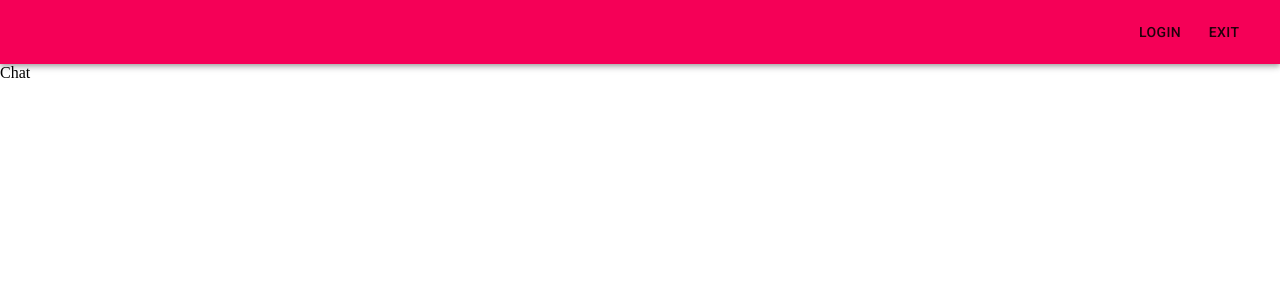
Repository: ezotop/react_firebase_chat
Page: /
An editor plug-in stored every save of this project. The page is shown before and after the next save, followed by the edit.
The browser window is 1280 px wide. The pictures show the whole page.
The project was rebuilt for these pictures with package versions that can differ from the ones it lists, and the page was loaded fresh each time. Also part of the build but not shown: src/component/Login.js.

Above is the page before, as saved 2021-06-16 16:28:54.

### public/index.html
<!DOCTYPE html>
<html lang="en">
  <head>
    <meta charset="utf-8" />
    <meta name="viewport" content="width=device-width, initial-scale=1" />
    <title>React Firebase App</title>
    <link rel="stylesheet" href="https://fonts.googleapis.com/css?family=Roboto:300,400,500,700&display=swap" />
  </head>
  <body>
    <noscript>You need to enable JavaScript to run this app.</noscript>
    <div id="root"></div>
  </body>
</html>

### src/App.js
import { BrowserRouter as Router } from 'react-router-dom';
import Navbar from './component/Navbar';
import AppRouter from './component/AppRouter';
import './App.css';

function App() {
    return (
        <Router>
            <Navbar />
            <AppRouter />
        </Router>
    );
}

export default App;

### src/component/Navbar.js
import React from 'react';
import { AppBar, Button, Grid, Toolbar } from '@material-ui/core';

const Navbar = () => {
    return (
        <AppBar color={'secondary'} position="static">
            <Toolbar>
                <Grid container justify={'flex-end'}>
                    <Button outlined>Login</Button>
                    <Button outlined>Exit</Button>
                </Grid>
            </Toolbar>
        </AppBar>
    );
};

export default Navbar;

### src/component/AppRouter.js
import React from 'react';
import { Route, Switch, Redirect } from 'react-router';
import { privateRoutes, publicRoutes } from '../routes';
import { CHAT_ROUTE, LOGIN_ROUTE } from '../utils/consts';

const AppRouter = () => {
    const user = true
    return user ?
        (
            <Switch>
                {privateRoutes.map(({path, component}) => <Route path={path} component={component} exact />)}
                <Redirect to={CHAT_ROUTE} /> {/* В случае какого-то непонятного роута перекинет на страницу чата, если юзер авторизован */}
            </Switch>
        )
        :
        (
            <Switch>
                {publicRoutes.map(({path, component}) => <Route path={path} component={component} exact />)}
                <Redirect to={LOGIN_ROUTE} /> {/* В случае какого-то непонятного роута перекинет на страницу логина, если юзер не авторизован */}
            </Switch>
        )
};

export default AppRouter;

### src/routes.js
import Chat from "./component/Chat";
import Login from "./component/Login";
import { LOGIN_ROUTE } from "./utils/consts";

export const publicRoutes = [
    {
        path: LOGIN_ROUTE,
        component: Login
    }
]

export const privateRoutes = [ // Приватные роуты, доступны только авторизированным пользователям
    {
        path: '/chat',
        component: Chat
    }
]

### src/component/Chat.js
import React from 'react';

const Chat = () => {
    return (
        <div>
            Chat
        </div>
    );
};

export default Chat;

Loaded but not shown: src/index.js (common file); src/App.css (common file); src/utils/consts.js (common file)

After the next save:
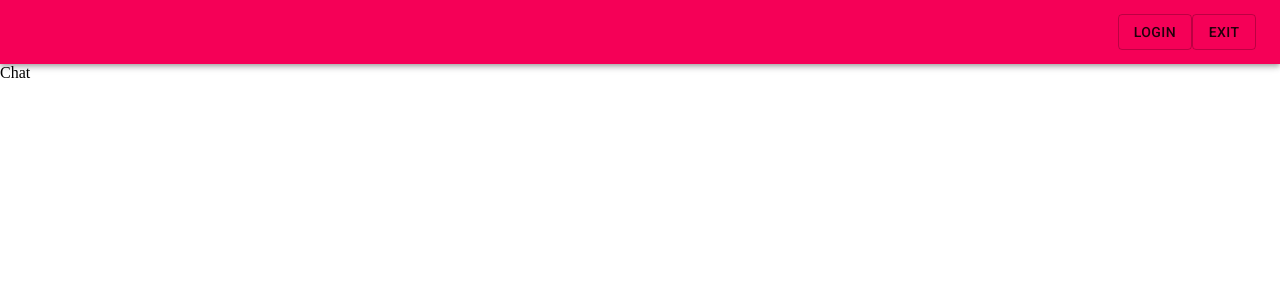
Saved 25 s later.
--- a/src/component/Navbar.js
+++ b/src/component/Navbar.js
@@ -6,8 +6,8 @@ const Navbar = () => {
         <AppBar color={'secondary'} position="static">
             <Toolbar>
                 <Grid container justify={'flex-end'}>
-                    <Button outlined>Login</Button>
-                    <Button outlined>Exit</Button>
+                    <Button variant={'outlined'}>Login</Button>
+                    <Button variant={'outlined'}>Exit</Button>
                 </Grid>
             </Toolbar>
         </AppBar>
